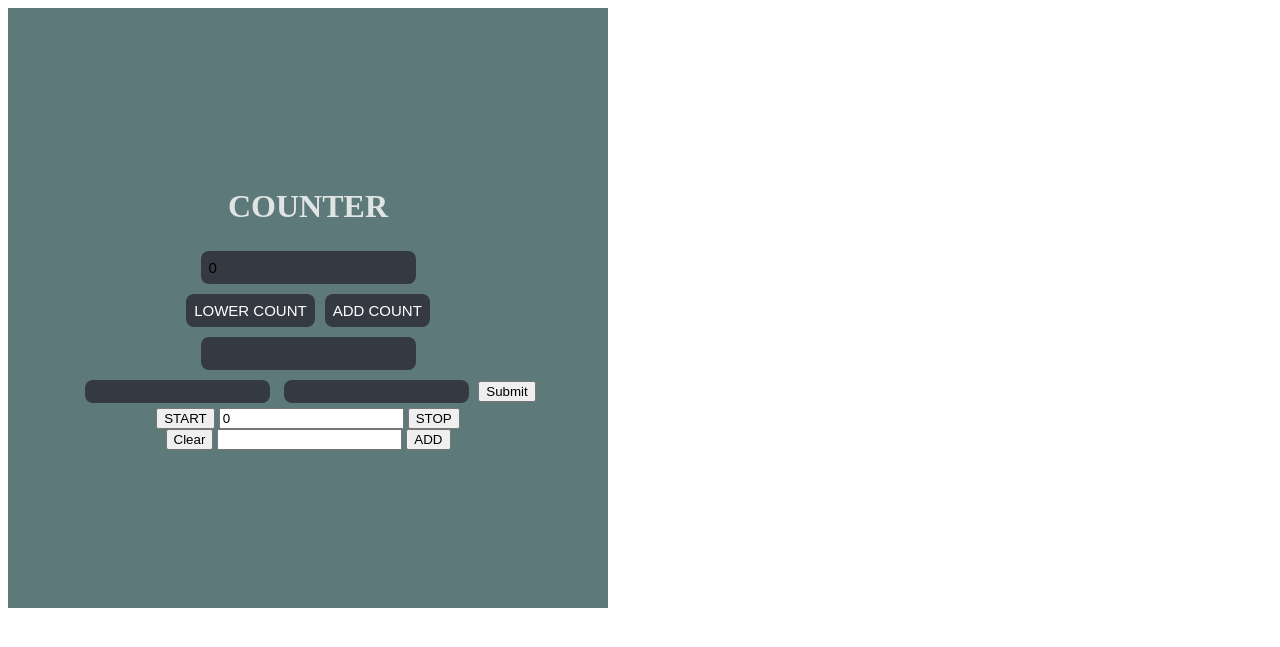
Repository: sedashahnazaryan/Caunter
Page: index.html
These files come from the project's save history. The page is drawn as it stood at one moment and after the next save; the edit follows.
The browser window is 1280 px wide. The pictures show the whole page.

Above is the page before, as saved 2022-02-15 01:37:28.

### index.html
<!DOCTYPE html>
<html lang="en">
<head>
    <meta charset="UTF-8">
    <meta http-equiv="X-UA-Compatible" content="IE=edge">
    <meta name="viewport" content="width=device-width, initial-scale=1.0">
    <title>Caunter</title>
    <link rel="stylesheet" href="./index.css">
</head>

<body>
    <div class="container">

        <h1 class="counter">COUNTER</h1>
    <input class="item1"id="input" type="text" value="0">
    <div class="btn-item">
        <button id="lower" onclick="">LOWER COUNT </button>
        <button id ="add">ADD COUNT</button>
    </div>

    <input id ="result" type="text">
    <div class="add-item">
        <input id="num1" type="text">
        <input id="num2" type="text">
        <button id="submit">Submit</button>
    </div>

    <div class="item1">
        <button id ="start">START</button>
         <input id ="interval"value=0 type="text">
          <button id ="stop">STOP</button>
    </div>
    <div class="item2">
        <button id ="adding">Clear</button>
        <input id="result-fibo" type="text">
        <button id="add-fibo">ADD</button>
    </div>
</div>

   <script src="./index.js"></script>
</body>
</html>

### index.css




.container{
  display: flex;
  height: 600px;
  width: 600px;
  justify-content: center;
  align-items: center;
  background-color: rgb(94, 121, 121);
  flex-direction: column;
}

.counter{
color: rgba(243, 243, 243, 0.87);

}



.btn-item{
    display: flex;
    justify-content: center;

}
#add,#lower {
    background-color: #343942;
    color: white;
    padding: 8px;
    border-radius: 8px;
    border: none;
    font-size: 15px;
    margin: 5px;
    cursor: pointer;

}
/* #lower {
    background-color: #498AFB;
    color: white;
    padding: 8px;
    border-radius: 8px;
    border: none;
    font-size: 15px;
    cursor: pointer; */

           #input{
        background-color: #343942;
        /* color: white; */
        padding: 8px;
        border-radius: 8px;
        border: none;
        font-size: 15px;
        margin: 5px;
        cursor: pointer;
    }
    #result{
        background-color: #343942;
        padding: 8px;
        border-radius: 8px;
        border: none;
        font-size: 15px;
        margin: 5px;
        cursor: pointer;
    }
    #num1,#num2{
        background-color: #343942;
        padding: 4px;
        border-radius: 8px;
        border: none;
         margin: 5px;
        cursor: pointer;

    }

### index.js
let counterDisplayElem = document.getElementById('input');
let counterMinusElem = document.getElementById('lower');
let counterPlusElem = document.getElementById('add');
let result=document.getElementById('result');
let num1 =document.getElementById('num1');
let num2 =document.getElementById('num2');
let submit=document.getElementById('submit');
let number = 0;



counterPlusElem.addEventListener("click",()=>{
    counterDisplayElem.value++;
}) ;

counterMinusElem.addEventListener("click",()=>{
    counterDisplayElem.value--;
});

function curry(a){
    return function(b){
       return a+b;
    }

};
submit.addEventListener('click',()=>{
result.value=curry(+num1.value)(+num2.value);

});
function fibonacci(num){
    if(num<=1){
        return num;

    }
      return fibonacci(num-1)+fibonacci(num-2);
    //   0,1,1,2,3,5,8,13,21-8րդ թիվն է
}
document.getElementById("add-fibo").addEventListener('click',()=>{
    document.getElementById('result-fibo').value+=fibonacci(number);
    number++;


    })

    document.getElementById("adding").addEventListener("click", ()=>{
        document.getElementById("result-fibo").value = "";
        number=0;
      });

      let interval;
      function starting(){
      interval=setInterval(() => {
          document.getElementById('interval').value++;

      }, 500)};

      function off(){
        clearInterval(interval);
        document.getElementById('interval').value="";

      }
      document.getElementById('start').addEventListener('click',starting)


      document.getElementById('stop').addEventListener('click',off);

After the next save:
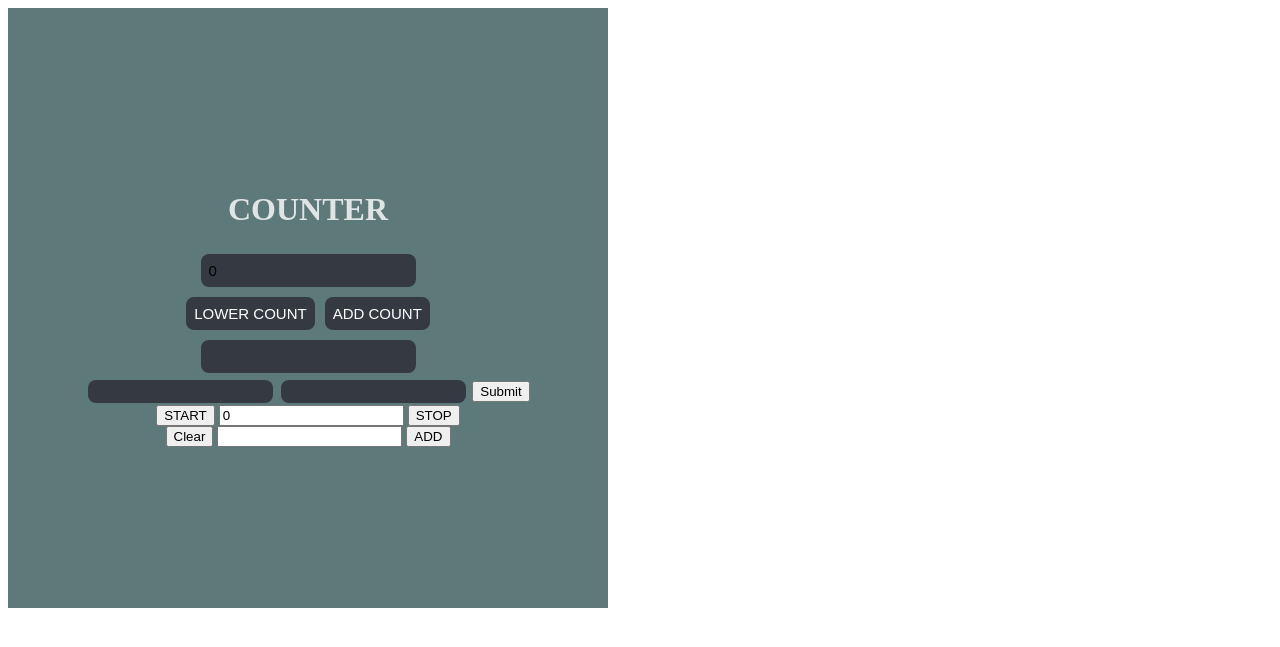
Saved 7 s later.
--- a/index.css
+++ b/index.css
@@ -68,7 +68,7 @@ color: rgba(243, 243, 243, 0.87);
         padding: 4px;
         border-radius: 8px;
         border: none;
-         margin: 5px;
+         margin: 2px;
         cursor: pointer;
 
     }
